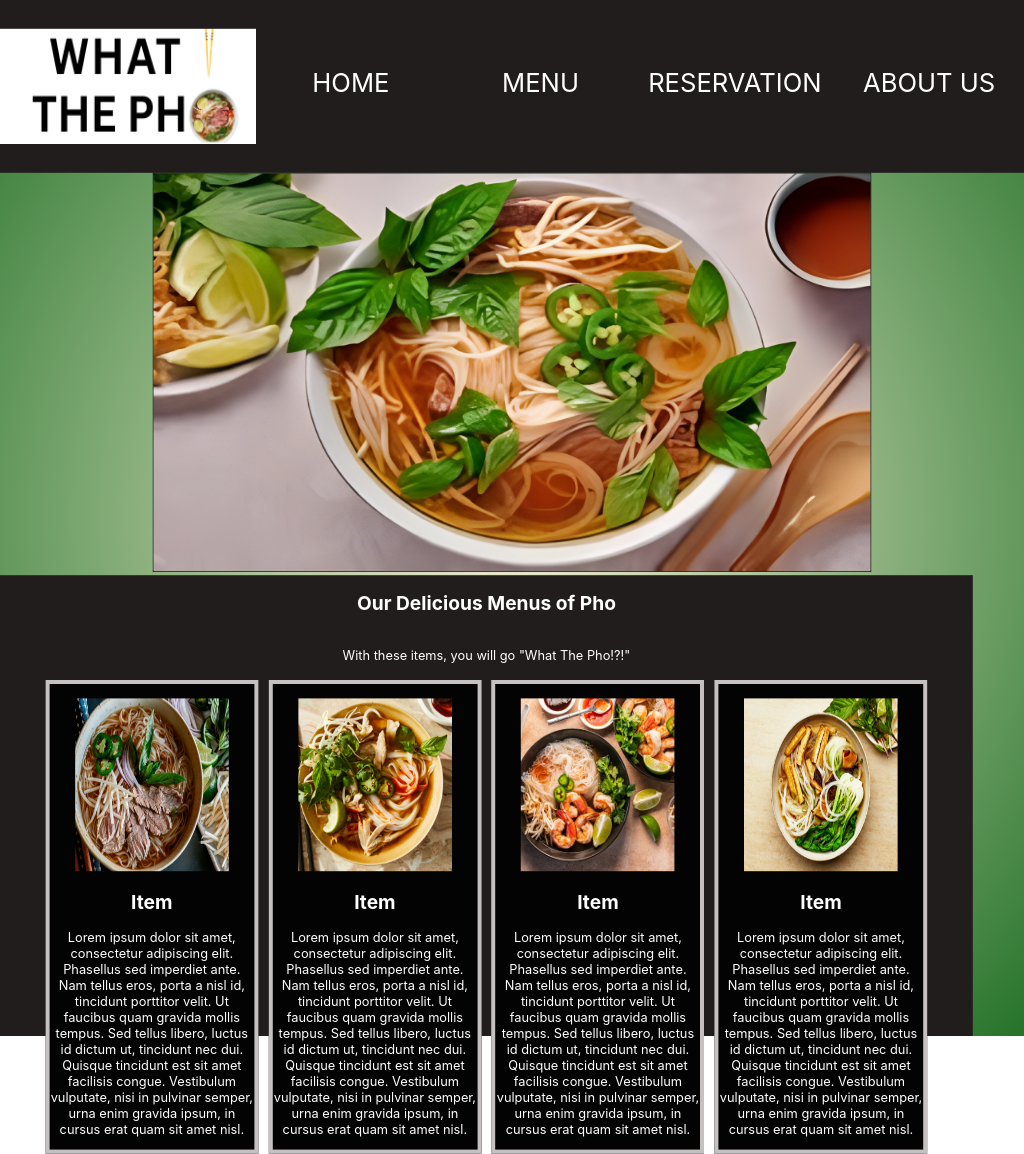
Repository: NguyenkhDang/Restaurant-Website
Page: /
An editor plug-in stored every save of this project. The page is shown before and after the next save, followed by the edit.
The browser window is 1280 px wide. The pictures show the whole page, at 80% of full size.
The project was rebuilt for these pictures with package versions that can differ from the ones it lists, and the page was loaded fresh each time.

Above is the page before, as saved 2026-01-15 23:02:06.

### src/App.js
import BackgroundImage from "./image/pho.jpg"
import BeefPho from "./image/beefPho.png"
import ChickenPho from "./image/chickenPho.jpg"
import ShrimpPho from "./image/shrimpPho.png"
import VeganPho from "./image/veganPho.jpg"
import './App.css';
import NavigationBar from './NavigationBar';
function App() {
  return (
    <div className="home">
      <NavigationBar />
      <img
        src={BackgroundImage}
        style={{maxWidth: "70vw", height: "auto", border: "1px solid black"}}
        alt="Pho Photo"
        />


      <div className="menu">
        <h2>Our Delicious Menus of Pho</h2>
        <p>With these items, you will go "What The Pho!?!"</p>
        <div className="foodContainer">
          <div>
            <img  src={BeefPho}
                  style={{width: "15vw", height: "30vh"}}/>
            <h2>Item</h2>
            <p>Lorem ipsum dolor sit amet, consectetur adipiscing elit. Phasellus sed imperdiet ante. Nam tellus eros, porta a nisl id, tincidunt porttitor velit. Ut faucibus quam gravida mollis tempus. Sed tellus libero, luctus id dictum ut, tincidunt nec dui. Quisque tincidunt est sit amet facilisis congue. Vestibulum vulputate, nisi in pulvinar semper, urna enim gravida ipsum, in cursus erat quam sit amet nisl. </p>
          </div>
          <div>
            <img  src={ChickenPho}
                  style={{width: "15vw", height: "30vh"}}/>
            <h2>Item</h2>
            <p>Lorem ipsum dolor sit amet, consectetur adipiscing elit. Phasellus sed imperdiet ante. Nam tellus eros, porta a nisl id, tincidunt porttitor velit. Ut faucibus quam gravida mollis tempus. Sed tellus libero, luctus id dictum ut, tincidunt nec dui. Quisque tincidunt est sit amet facilisis congue. Vestibulum vulputate, nisi in pulvinar semper, urna enim gravida ipsum, in cursus erat quam sit amet nisl. </p>
          </div>
          <div>
            <img  src={ShrimpPho}
                  style={{width: "15vw", height: "30vh"}}/>
            <h2>Item</h2>
            <p>Lorem ipsum dolor sit amet, consectetur adipiscing elit. Phasellus sed imperdiet ante. Nam tellus eros, porta a nisl id, tincidunt porttitor velit. Ut faucibus quam gravida mollis tempus. Sed tellus libero, luctus id dictum ut, tincidunt nec dui. Quisque tincidunt est sit amet facilisis congue. Vestibulum vulputate, nisi in pulvinar semper, urna enim gravida ipsum, in cursus erat quam sit amet nisl. </p>
          </div>
          <div>
            <img  src={VeganPho}
                  style={{width: "15vw", height: "30vh"}}/>
            <h2>Item</h2>
            <p>Lorem ipsum dolor sit amet, consectetur adipiscing elit. Phasellus sed imperdiet ante. Nam tellus eros, porta a nisl id, tincidunt porttitor velit. Ut faucibus quam gravida mollis tempus. Sed tellus libero, luctus id dictum ut, tincidunt nec dui. Quisque tincidunt est sit amet facilisis congue. Vestibulum vulputate, nisi in pulvinar semper, urna enim gravida ipsum, in cursus erat quam sit amet nisl. </p>
          </div>
        </div>
      </div>
  </div>
);
}

export default App;

### src/App.css
.home {
  background: #f5f0d5;
  background: radial-gradient(circle, rgba(245, 240, 213, 1) 0%, rgba(38, 115, 42, 1) 100%);
  text-align: center;
  color: white;

}
.menu{
  background-color: rgb(34, 29, 29);
  display: grid;
  grid-template-rows: 1fr 1fr 1fr;
  height: 80vh;
  gap: 5px;
  place-items: center;
  width: 95vw;

}

.foodContainer{
  display: grid;
  grid-template-columns: 1fr 1fr 1fr 1fr;
  place-items: center;
  gap: 1vw;
}

.foodContainer div{
  background-color: rgb(3, 3, 3);
  width: 20vw;
  padding-top: 2.5vh;
  border: rgb(197, 193, 193) solid 5px;
}

### src/NavigationBar.js
import "./CSS/NavigationBar.css"
import Logo from "./image/CustomLogo2.png"
const NavigationBar = () =>{



  return (
    <div className="navbar">
      <div className="logoImage">
        <img src= {Logo} />
      </div>
      <div className="wholeNavBar">
        <ul>
          <li>
            <a>HOME</a>
          </li>
          <li>
            <a>MENU</a>
          </li>
          <li>
            <a>RESERVATION</a>
          </li>
          <li>
            <a>ABOUT US</a>
          </li>
        </ul>

      </div>
    </div>
  )


}

export default NavigationBar

### src/CSS/NavigationBar.css
.navbar{
  background-color: rgb(34, 29, 29);
  display: grid;
  grid-template-columns: 25% 75%;
  height: 25vh;
  padding-top: 5vh;
}
.wholeMavBar{
  float: right;
  height: 10vh;
}

.logoImage img{
  height: 20vh;
  width: 25vw;
  object-fit: fill;
  object-position: center;
}

ul{
  align-items: center;
  list-style-type: none;
  display: grid;
  place-items: center;
  grid-template-columns: 1fr 1fr 1fr 1fr;
  margin-top: 5%;
  padding: 0;
}
li a{
  font-size: 2em;
  text-align: center;
  padding: 14px 16px;
}

li a:hover{
  background-color: #c5b1b1;
}

Loaded but not shown: public/index.html (common file); src/index.js (common file); src/index.css (common file); src/reportWebVitals.js (common file)

After the next save:
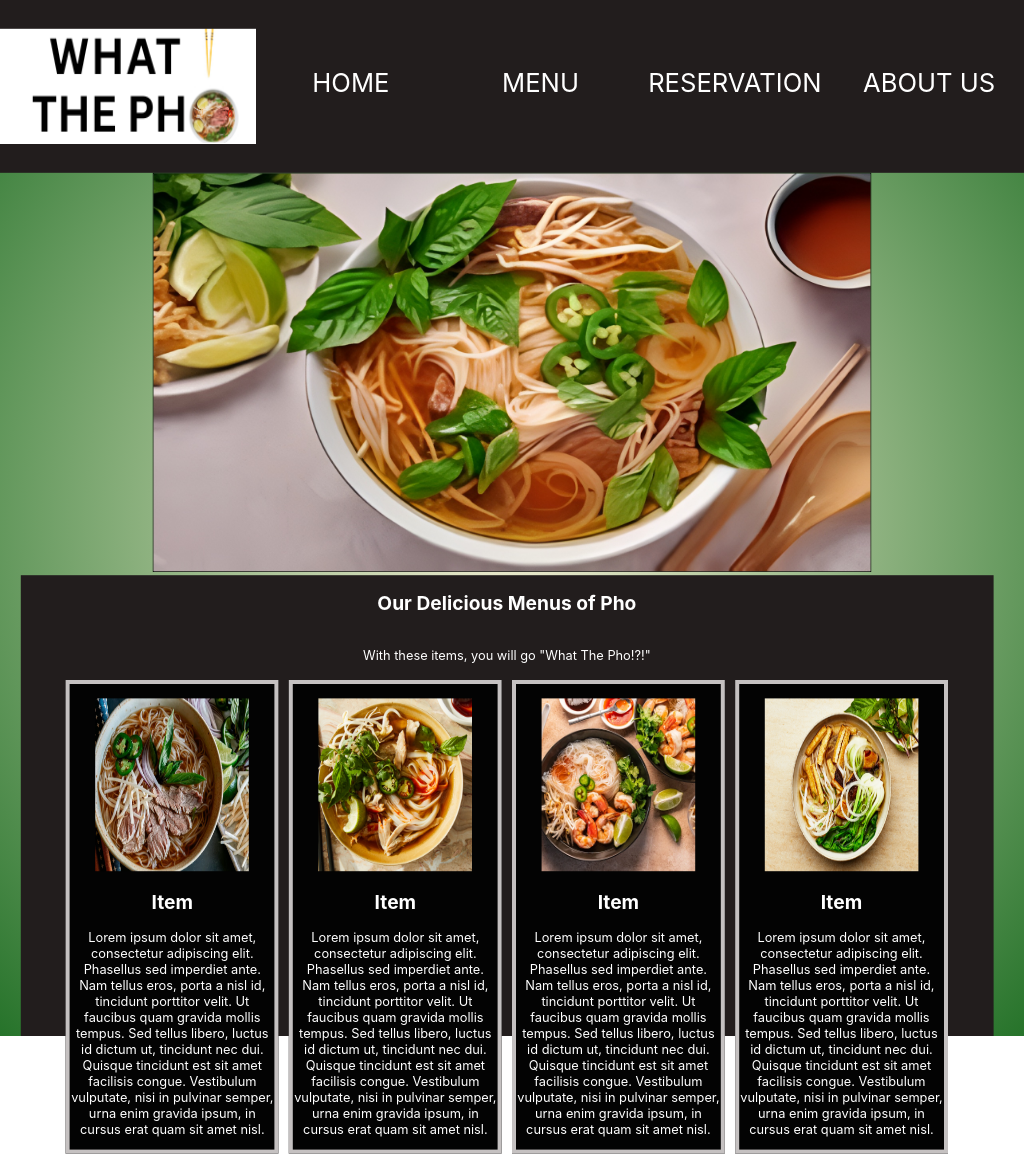
Saved 27 s later.
--- a/src/App.css
+++ b/src/App.css
@@ -13,6 +13,8 @@
   gap: 5px;
   place-items: center;
   width: 95vw;
+  margin-left: 2vw;
+  margin-right: 2vw;
 
 }
 
